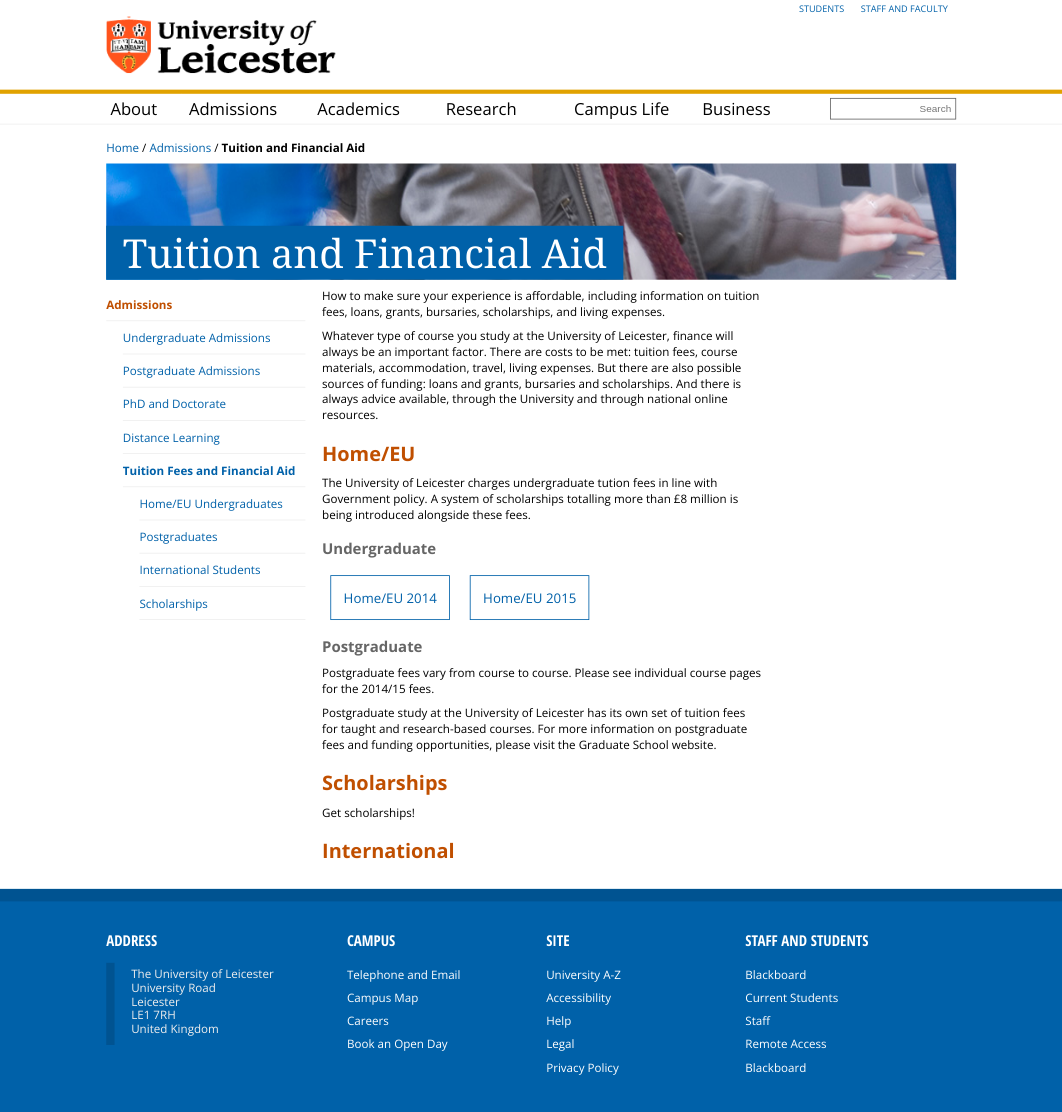
Repository: vqdo/leicester-redesign
Page: costs.html
The author's editor kept a record of every edit. The page is drawn from the files as they stood at one moment, then again after the next edit.
The browser window is 1280 px wide. The pictures show the whole page, at 83% of full size.
Some web libraries are served in a nearby version.

Above is the page before.

### costs.html
<!DOCTYPE html>

<html>
    <head>
        <meta charset="utf-8">
        <meta name="viewport" content="width=device-width,initial-scale=1.0">
        <title>University of Leicester</title>
        <link href='https://fonts.googleapis.com/css?family=Lora:300%7COpen+Sans+Condensed:700%7COpen+Sans:300,700' rel='stylesheet' type='text/css'>
        <link rel="stylesheet" type="text/css" href="css/master.css">

        <!-- Scripts -->
        <script src="https://code.jquery.com/jquery-1.11.0.min.js"></script>
        <script src="https://code.jquery.com/ui/1.11.2/jquery-ui.min.js"></script>
    </head>
     <body>
        <header>
            <div class="logo-wrapper container">
                <a href="/"><h1 class="logo"><span>University of Leicester</span></h1></a>
            </div>

            <nav class="main-nav">
                <div class="main-nav-titles cf">
                    <div class="container">
                    <ul class="fl">
                        <li class="about-title"><a href="/">About</a></li>
                        <li><a href="/">Admissions</a></li>
                        <li><a href="/">Academics</a></li>
                        <li><a href="/">Research</a></li>
                        <li><a href="/">Campus Life</a></li>
                        <li><a href="/">Business</a></li>
                    </ul>
                    <!--<input class="searchbox-submit fr" type="submit" value="Go" />                    -->
                    <input class="searchbox fr" type="text" placeholder="Search" />
                    </div>
                </div>

                <div class="main-nav-dropdown">
                    <div class="container">
                        <div class="dropdown about-links">
                            <ul>
                                <li><a href="/">Facts</a></li>
                                <li><a href="/">Visit Us</a></li>
                            </ul>
                        </div>
                        <div class="dropdown admissions-links">
                            <ul>
                                <li><a href="/">Undergraduate</a></li>
                                <li><a href="/">Masters</a></li>
                                <li><a href="/">PhD and Doctorate</a></li>
                                <li><a href="/">Distance Learning</a></li>
                                <li><a href="costs.html">Tuition and Fees</a></li>
                                <li><a href="http://www2.le.ac.uk/study/open-days">Open Day Visits</a></li>
                            </ul>
                        </div>
                        <div class="dropdown academics-links">
                            <ul>
                                <li><a href="http://www2.le.ac.uk/study/ugp">Undergraduate Courses</a></li>
                                <li><a href="http://www2.le.ac.uk/study/postgrad">Postgraduate Courses</a></li>
                                <li><a href="http://www2.le.ac.uk/study/research">Research Degrees</a></li>
                                <li><a href="http://www.le.ac.uk/library">Library</a></li>

                            </ul>
                        </div>
                        <div class="dropdown research-links">
                            <ul>
                                <li><a href="http://www2.le.ac.uk/research/challenges">Global Challenges</a></li>
                                <li><a href="http://www2.le.ac.uk/research/with">Prospective Students</a></li>
                                <li><a href="http://www2.le.ac.uk/research/departmental">Departmental Research</a></li>
                                <li><a href="http://www2.le.ac.uk/research/current-research">Current Research</a></li>
                            </ul>
                        </div>
                        <div class="dropdown campuslife-links">
                            <ul>
                                <li><a href="/">Visit</a></li>
                            </ul>
                        </div>
                        <div class="dropdown business-links">
                            <ul>
                                <li><a href="/">Visit</a></li>
                                <li><a href="/">Blah</a></li>
                                <li><a href="/">Blah</a></li>
                            </ul>
                        </div>
                    </div>
                </div>
            </nav>

            <nav class="user-type-nav">
                <ul class="container">
                    <!-- Put links in reverse order -->
                    <li><a href="/">Staff and Faculty</a></li>
                    <li><a href="/">Students</a></li>
                </ul>
            </nav>
        </header>


        <!-- BEGIN CONTENT -->

        <div id="tuition-and-aid" class="page-content">
            <div class="container cf">
                <div class="breadcrumbs"><a href="/">Home</a> / <a href="/">Admissions</a> / <strong>Tuition and Financial Aid</strong> </div>
                <h1><span class="page-title">Tuition and Financial Aid</span></h1>
                <nav class="page-navigation">
                    <ul>
                        <li>
                            <h2 class="page-root-link"><a href="/">Admissions</a></h2>
                            <ul>
                                <li><a href="/">Undergraduate Admissions</a></li>
                                <li><a href="/">Postgraduate Admissions</a></li>
                                <li><a href="/">PhD and Doctorate</a></li>
                                <li><a href="/">Distance Learning</a></li>
                                <li>
                                    <a class="active" href="/">Tuition Fees and Financial Aid</a>
                                    <ul>
                                        <li><a href="/">Home/EU Undergraduates</a></li>
                                        <li><a href="/">Postgraduates</a></li>
                                        <li><a href="/">International Students</a></li>
                                        <li><a href="/">Scholarships</a></li>
                                    </ul>
                                </li>
                            </ul>
                        </li>
                    </ul>
                </nav>
                <div class="page-body">
                    <p>How to make sure your experience is affordable, including information on tuition fees, loans, grants, bursaries, scholarships, and living expenses.</p>
                    <p>Whatever type of course you study at the University of Leicester, finance will always be an important factor. There are costs to be met: tuition fees, course materials, accommodation, travel, living expenses. But there are also possible sources of funding: loans and grants, bursaries and scholarships. And there is always advice available, through the University and through national online resources.</p>
                    <h2><a href="/">Home/EU</a></h2>
                        <p>The University of Leicester charges undergraduate tution fees in line with Government policy. A system of scholarships totalling more than £8 million is being introduced alongside these fees.</p>
                    <h3><a href="/">Undergraduate</h3>
                        <a class="box-link"><span>Home/EU 2014</span></a>
                        <a class="box-link"><span>Home/EU 2015</span></a>
                    <h3>Postgraduate</h3>
                        <p>Postgraduate fees vary from course to course. Please see individual course pages for the 2014/15 fees.</p>

                        <p>Postgraduate study at the University of Leicester has its own set of tuition fees for taught and research-based courses. For more information on postgraduate fees and funding opportunities, please visit the Graduate School website.</p>
                    <h2>Scholarships</h2>
                    <p>Get scholarships!</p>

                    <h2>International</h2>
                </div>
                <div class="page-sideinfo">

                </div>
            </div>
        </div>

        <footer class="cf">
            <div class="container">
                <section class="footer-section large">
                    <h2>Address</h2>
                        <address>

                            The University of Leicester<br>
                            University Road<br>
                            Leicester<br>
                            LE1 7RH<br>
                            United Kingdom<br>
                        </address>
                </section>
                <section class="footer-section">
                    <h2>Campus</h2>
                    <ul>
                        <li><a href="http://www2.le.ac.uk/contact">Telephone and Email</a></li>
                        <li><a href="http://www2.le.ac.uk/maps">Campus Map</a></li>
                        <li><a href="http://www.le.ac.uk/help/access">Careers</a></li>
                        <li><a href="http://www2.le.ac.uk/study/open-days">Book an Open Day</a></li>
                    </ul>
                </section>
                <section class="footer-section">
                    <h2>Site</h2>
                    <ul>
                        <li><a href="http://www2.le.ac.uk/indexes">University A-Z</a></li>
                        <li><a href="http://www.le.ac.uk/help/access">Accessibility</a></li>
                        <li><a href="http://www.le.ac.uk/help">Help</a></li>
                        <li><a href="http://www.le.ac.uk/legal">Legal</a></li>
                        <li><a href="http://www.le.ac.uk/legal/privacy-policy">Privacy Policy</a></li>
                    </ul>
                </section>
                <section class="footer-section">
                    <h2>Staff and Students</h2>
                    <ul>
                        <li><a href="/">Blackboard</a></li>
                        <li><a href="/">Current Students</a></li>
                        <li><a href="/">Staff</a></li>
                        <li><a href="/">Remote Access</a></li>
                        <li><a href="/">Blackboard</a></li>
                    </ul>
                </section>
            </div>
        </footer>

        <script src="js/master.js"></script>
    </body>
</html>

### css/master.css
/************************************************************
 * Master css file for the University of Leicester redesign.
 * COGS 187A - Fall 2014
 * Victoria Do, Nancy Acosta, Tanya Zhang
 ************************************************************/

/**
 * CSS reset
 */
/* http://meyerweb.com/eric/tools/css/reset/
   v2.0 | 20110126
   License: none (public domain)
*/

html, body, div, span, applet, object, iframe,
h1, h2, h3, h4, h5, h6, p, blockquote, pre,
a, abbr, acronym, address, big, cite, code,
del, dfn, em, img, ins, kbd, q, s, samp,
small, strike, strong, sub, sup, tt, var,
b, u, i, center,
dl, dt, dd, ol, ul, li,
fieldset, form, label, legend,
table, caption, tbody, tfoot, thead, tr, th, td,
article, aside, canvas, details, embed,
figure, figcaption, footer, header, hgroup,
menu, nav, output, ruby, section, summary,
time, mark, audio, video {
	margin: 0;
	padding: 0;
	border: 0;
	font-size: 100%;
	font: inherit;
	vertical-align: baseline;
}
/* HTML5 display-role reset for older browsers */
article, aside, details, figcaption, figure,
footer, header, hgroup, menu, nav, section {
	display: block;
}
body {
	line-height: 1;
	font: 14px "Open Sans", Arial, sans-serif;
}
ol, ul {
	list-style: none;
}
strong {
    font-weight: bold;
}
blockquote, q {
	quotes: none;
}
blockquote:before, blockquote:after,
q:before, q:after {
	content: '';
	content: none;
}
table {
	border-collapse: collapse;
	border-spacing: 0;
}

/*********************** END RESET *************************/

/**
 * Inline / Text
 */

a {
    color:  #0061A9;
    text-decoration: none;
}
a:hover {
    text-decoration: underline;
}

/**
 * Structural / Block
 */
body {
    background: #fff;
}
header {
    margin: 0 0 60px 0;
}
.container {
    width: 100%;
    max-width: 1024px;
    margin: 0 auto;
}
.logo-wrapper {
    padding: 20px 0;
}
.logo {
    background: url('../img/logo-sprite.png');
    background-position: 0 205px;
    width: 276px;
    height: 68px;
}
.logo.black {
    background-position: 0 205px;
}
.logo.white {
    background-position: 0 0;
}
.logo span {
    opacity: 0;
}

/**
 * Main Navigation
 */
 .searchbox {
     border: 1px solid #666;
     color: #666;
     padding: 2px 5px;
     width: 140px;
     height: 20px;
     font: normal 12px Arial, sans-serif;
     margin-top: 5px;
     text-align: right;
 }
 /*.searchbox-submit {*/
 /*    background: transparent;*/
 /*    color: #f6a04d;*/
 /*    border: 0;*/
 /*    font: bold 14px Arial, sans-serif;*/
 /*    line-height: 30px;*/
 /*}*/

.main-nav li, .user-type-nav li {
     display: inline-block;

 }
.main-nav {
    width: 100%;
    z-index: 10;
    position: absolute;
}
.main-nav-titles {
    background: #FFF /* #0061A9*/;
    background-clip: padding-box;
    border-top: 5px solid #E1A200;
    border-bottom: 1px solid #eee;
}
.main-nav-titles li {
    border-right: 1px solid rgba(255, 255, 255, 0.2);
    color: #FFF;
    /*font: normal 24px Lora, serif;*/
    height: 36px;
    text-align: left;
    width: 145px;
    padding: 0 0 0 5px;
    /*text-shadow: 0 0 1px rgba(0, 0, 0, 0.5);*/
}
.main-nav-titles a {
    color: #000;
    font-family: "Open Sans", Arial, sans-serif;
    font-size: 20px;
    line-height: 38px;
}
.main-nav-titles .active {
    color:  #0061A9;
}
.main-nav.expanded {
    margin: 0;
}
.main-nav.expanded .main-nav-titles {
    border-top: 5px #E1A200 solid;
    background: #FFF !important;
   /* border-bottom: 1px solid #CCC;*/
}
.main-nav.expanded .main-nav-titles a {
    color: #000 /*#f9423a*/ !important;
    text-shadow: none;
}
.main-nav.expanded .main-nav-titles li {
    border-right: 1px solid #eee;
}
.main-nav li:hover {
    /* TODO: main nav hover effect */
    text-decoration: underline;
}
/* adjust About column width */
.main-nav-titles .about-title {
    width: 85px;
    text-align: left;
}

/** Main navigation dropdown **/
.main-nav-dropdown {
    background: rgba(255, 255, 255, 0.9);
    box-shadow: 0 1px 2px rgba(0, 0, 0, 0.2);
    color: #333;
    display: none;
    height: 180px;
    width: 100%;
    overflow: hidden;
}
.main-nav-dropdown .container {
    height: 100%;
}
.main-nav-dropdown .dropdown {
    height: 100%;
    float: left;
    width: 134px;
    padding: 10px 10px;
}
.dropdown {
    border-right: 1px dotted #DDD;
    display: block;
    height: 100%;
}
.dropdown:last-child, .main-nav-titles li:last-child {
    border: none !important;

}
.main-nav-dropdown li {
    display: block;
    padding: 4px 0;
}
.main-nav-dropdown .about-links {
    width: 80px;
    padding: 10px 5px;
}
.main-nav-dropdown a {
    display: block;
    font: normal 12px Arial, sans-serif;
    width: 100%;
}

/*************************
 * User type navigation
 *************************/
.user-type-nav {
    position: absolute;
        top: 0;
    width: 100%;
    box-shadow: 0 0 1px rgba(255, 255, 255, 0.3);
}
.user-type-nav li {
    float: right;
    padding-right: 10px;
}
.user-type-nav li:first-child {
    padding-right: 0;
}
.user-type-nav li:hover {
    text-decoration: overline, underline;
}
.user-type-nav a {
    /*color: #FFF;*/
    text-transform: uppercase;
    font-size:11px;
    padding-right: 10px;


}
/*************************
 * Footer
 *************************/
 footer {
     background: #0061A9;
     border-top: 15px solid #005391;
     color: #FFF;
     padding: 20px 0 40px 0;
 }
 footer a {
     color: #FFF;
 }
 footer a:hover {
     text-decoration: underline;
 }
 footer address {
     border-left: 10px solid  #005391;
     font-size: 14px;
     line-height: 1.2;
     color: #EEE;
     padding: 5px 0 10px 20px;
     /*margin: 0 10px 20px 10px;*/
 }

 footer .address:hover {
     text-decoration: none;
 }
 footer section {
     color: #FFF;
     font: 14px "Open Sans", Arial, sans-serif;
     float: left;
     line-height: 2;
     margin: 0 40px 0 0;
     width: 200px;
 }
 footer section.large {
     width: 250px;
 }
 footer h2 {
     /*border-bottom: 1px solid #004578;     */
     color: #FFF;
     font: 18px "Open Sans Condensed", Arial, sans-serif;
     padding: 5px 0;
     margin: 10px 0;
     text-transform: uppercase;
 }

/**
* Info page styles */
.breadcrumbs {
  /*margin: 10px 0;*/
}
.page-content {
    padding: 0 0 20px 0;
}
.page-content h1 {
  color: #FFF;
  font: normal 48px Lora, Georgia, sans-serif;
  width: 100%;
  height: 140px;
  margin: 10px 0;
  position: relative;
}
.page-title {
  background: #0061A9;
  padding: 0 20px;
  position: absolute;
      bottom: 0;
}
/***********************************
 * Side pages
 ***********************************/
.page-content p {
    padding: 0 0 10px 0;
}

/* Page Navigation */
.page-root-link a {
    color: #C04F00;
    font-weight: bold;
}
.page-navigation {
  float: left;
  width: 240px;
  padding-right: 20px;
}
.page-navigation ul {
    padding: 0 0 0 20px;
}
.page-navigation ul:first-child {
    padding: 0;
}
.page-navigation li a {
    display: block;
    padding: 10px 0;
    border-bottom: 1px solid #EEE;
}
.page-navigation li a:hover {
    color: #C04F00;
}
.page-navigation a.active {
    font-weight: bold;
}

.page-navigation a:hover, p a:hover {
    text-decoration: underline;
}
/** Page body styles **/

.page-body {
  float: left;
  width: 530px;
}
.page-body h2, .page-body h3 {
    padding: 10px 0;
}
.page-body h2 {
    font: bold 24px "Open Sans", Arial, sans-serif;
}
.page-body h3 {
    font: bold 18px "Open Sans", Arial, sans-serif;
}
.page-body h2 a, .page-body h2 {
    color: #C04F00;
}
.page-body h3 a, .page-body h3 {
    color: #666;
}
.page-body .intro {
    padding-top: 10px;
    color: #666;
    font-size: 16px;
}

/**
 * Right sidebar information */

.page-sideinfo {
  float: right;
  width: 220px;
}
.page-sideinfo .module h2 {
    color: #C04F00;
    font-weight: bold;
    padding: 10px 0;
}

a.box-link {
     border: 1px solid #0061A9;
     color: #0061A9;
     font: normal 16px "Open Sans", Arial, sans-serif;
     display: inline-block;
     padding: 15px;
     margin: 10px;
}
.box-link:hover {
    background: #0061A9;
    color: #FFF;
    text-decoration: none ;
}
#tuition-and-aid h1, #tuition-and-aid-international h1 {
  background: url('../img/studentmag_finance.jpg');
  background-size: cover;
}
#tuition-and-aid-international td {
    padding: 10px;
}
#tuition-and-aid-international td:first-child {
    width: 150px;
}

#students h1{
  background: url('../img/students2.jpg');
  background-size: cover;
}
#ugstudents h1{
  background: url('../img/students1.jpg');
  background-size: cover;
}
#pgstudents h1{
  background: url('../img/pgstudents.jpg');
  background-size: cover;
}



/**
 * Utility
 */
.fr {
    float: right;
}
.fl {
    float: left;
}
/**
 * For modern browsers
 * 1. The space content is one way to avoid an Opera bug when the
 *    contenteditable attribute is included anywhere else in the document.
 *    Otherwise it causes space to appear at the top and bottom of elements
 *    that are clearfixed.
 * 2. The use of `table` rather than `block` is only necessary if using
 *    `:before` to contain the top-margins of child elements.
 */
.cf:before,
.cf:after {
    content: " "; /* 1 */
    display: table; /* 2 */
}

.cf:after {
    clear: both;
}

/**
 * For IE 6/7 only
 * Include this rule to trigger hasLayout and contain floats.
 */
.cf {
    *zoom: 1;
}

### js/master.js
var cogs = (function() {
    var self = {};


    self.init = function() {
        console.log("Document ready.");
        self.attachNavHandlers();
    }

    self.attachNavHandlers = function() {
        // User must hover for at least this long before an event is triggered
        var evt_trigger_time = 500;
        var showTimer;

        var $mainNav = $('.main-nav');
        var $mainLinks = $('.main-nav-titles li');
        var $dropdown = $('.main-nav-dropdown');

        var checkHover = function(target) {
            if($(target).is(':hover') && $dropdown.is(':hidden')) {
                $dropdown.slideToggle(200);
                $mainNav.addClass('expanded');
            }
        }

        $mainLinks.mouseenter(function(evt) {
             if($dropdown.is(':hidden')) {
                var target = $(evt.target);

                clearTimeout(showTimer);
                showTimer = setTimeout(function() {
                    checkHover(target);
                }, evt_trigger_time);
            }
        });

        $mainNav.mouseleave(function(evt) {
            //if($dropdown.is(':hover')) return;
            clearTimeout(showTimer);

            if(!$dropdown.is(':hidden')) {
                $dropdown.slideToggle(100);
                $mainNav.removeClass("expanded");
            }

        });
    }

    return self;
})()


$(document).ready(function() {
   cogs.init();
});

After the next edit:
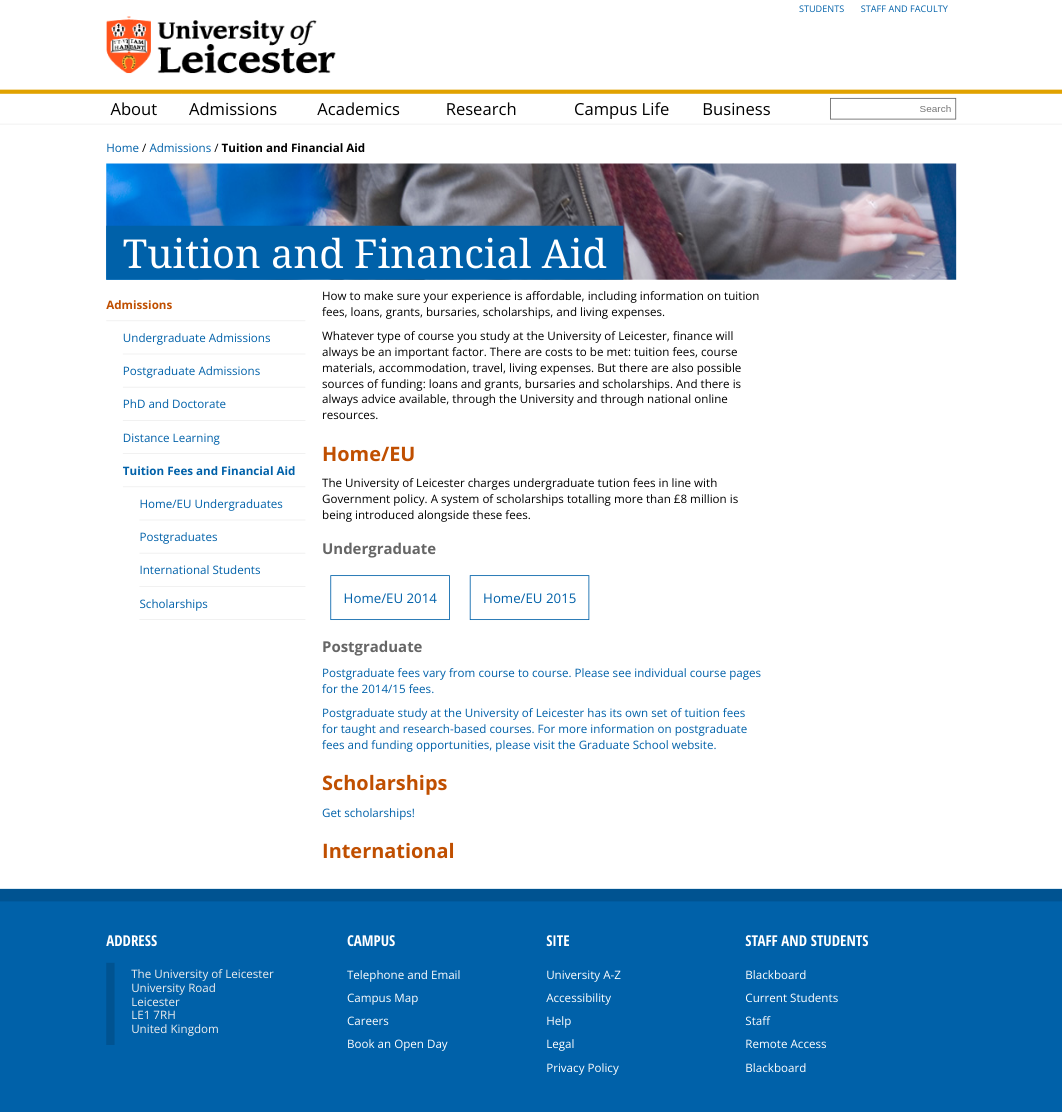
The edit:
--- a/costs.html
+++ b/costs.html
@@ -131,7 +131,7 @@
                     <h3><a href="/">Undergraduate</h3>
                         <a class="box-link"><span>Home/EU 2014</span></a>
                         <a class="box-link"><span>Home/EU 2015</span></a>
-                    <h3>Postgraduate</h3>
+                    <h3><a href="/">Postgraduate</h3>
                         <p>Postgraduate fees vary from course to course. Please see individual course pages for the 2014/15 fees.</p>
 
                         <p>Postgraduate study at the University of Leicester has its own set of tuition fees for taught and research-based courses. For more information on postgraduate fees and funding opportunities, please visit the Graduate School website.</p>
